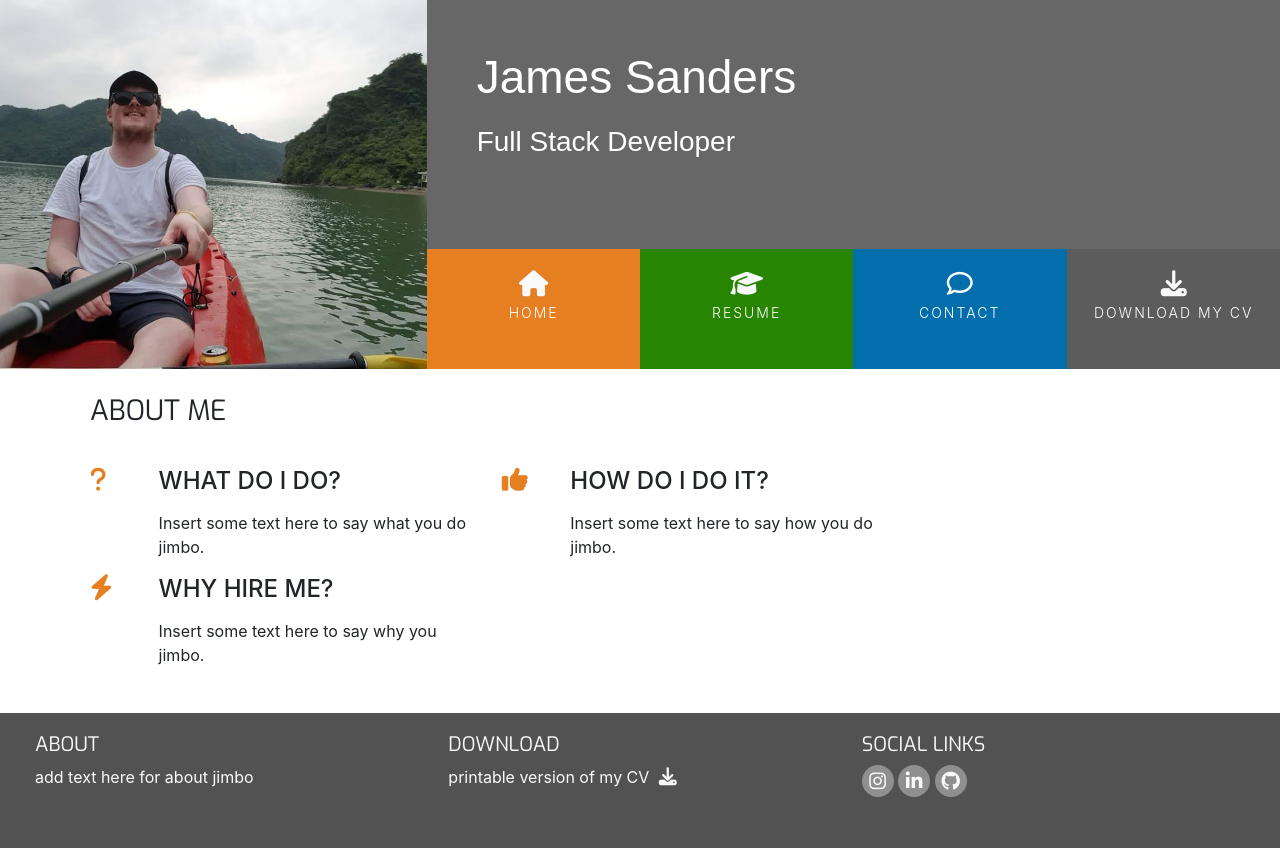
Repository: JaySanders95/my-online-resume
Page: index.html
An editor plug-in stored every save of this project. The page is shown before and after the next save, followed by the edit.
The browser window is 1280 px wide. The pictures show the whole page.
Some web fonts or font styles are not loaded; a fallback is used. Some web libraries are served in a nearby version.

Above is the page before, as saved 2023-04-19 21:07:00.

### index.html
<!DOCTYPE html>
<html lang="en">
<head>
    <meta charset="UTF-8">
    <meta http-equiv="X-UA-Compatible" content="IE=edge">
    <meta name="viewport" content="width=device-width, initial-scale=1.0">
    <link rel="stylesheet" href="https://cdn.jsdelivr.net/npm/@fortawesome/fontawesome-free@6.2.1/css/fontawesome.min.css" integrity="sha384-QYIZto+st3yW+o8+5OHfT6S482Zsvz2WfOzpFSXMF9zqeLcFV0/wlZpMtyFcZALm" crossorigin="anonymous">
    <link rel="stylesheet" href="https://cdn.jsdelivr.net/npm/bootstrap@4.6.2/dist/css/bootstrap.min.css" integrity="sha384-xOolHFLEh07PJGoPkLv1IbcEPTNtaed2xpHsD9ESMhqIYd0nLMwNLD69Npy4HI+N" crossorigin="anonymous">
    <link rel="stylesheet" href="assets/css/style.css">
    <link rel="stylesheet" href="https://cdnjs.cloudflare.com/ajax/libs/hover.css/2.3.1/css/hover-min.css" integrity="sha512-csw0Ma4oXCAgd/d4nTcpoEoz4nYvvnk21a8VA2h2dzhPAvjbUIK6V3si7/g/HehwdunqqW18RwCJKpD7rL67Xg==" crossorigin="anonymous" referrerpolicy="no-referrer" />
    <title>James Sanders' Resume</title>
</head>
<body>
    <header>
        <div class="row no-gutters">
            <a href="index.html" class="col-md-4 logo">

            </a>
            <div class="col-md-8">
                <div class="row bg-color-name-title no-gutters">
                    <div class="col heading">
                        <h1 class="name">James Sanders</h1>
                        <h2 class="title">Full Stack Developer</h2>

                    </div>
                </div>
                <div class="row no-gutters">
                    <div class="col">
                        <ul id="nav" class="list-inline menucontainer">
                            <li class="col-6 col-sm-3 ui-menu-color-home list-inline-item menuitem">
                                <a href="#" class="hvr-bounce-to-bottom"><i class="fa fa-home" aria-hidden="true"></i><span>Home</span></a>
                            </li>
                            <li class="col-6 col-sm-3 ui-menu-color-resume list-inline-item menuitem">
                                <a href="#" class="hvr-bounce-to-bottom"><i class="fa fa-graduation-cap" aria-hidden="true"></i><span>Resume</span></a>
                            </li>
                            <li class="col-6 col-sm-3 ui-menu-color-contact list-inline-item menuitem">
                                <a href="#" class="hvr-bounce-to-bottom"><i class="fa fa-comment-o" aria-hidden="true"></i><span>Contact</span></a>
                            </li>
                            <li class="col-6 col-sm-3 ui-menu-color-download list-inline-item menuitem">
                                <a href="#" class="hvr-bounce-to-bottom"><i class="fa fa-download" aria-hidden="true"></i><span>Download my CV</span></a>
                            </li>
                        </ul>
                    </div>
                </div>
            </div>
        </div>
    </header>
    <section class="container-fluid">
        <div class="row">
            <div class="col-md4 bg-color-personal-info section-column"></div>
            <div class="col-md-8 bg-color-three-reasons section-column">
                <div class="row">
                    <div class="col">
                        <h3 class="section-heading uppercase">About Me</h3>
                    </div>
                </div>
                <div class="row">
                    <div class="col-10 offset-1 offset-sm-0 col-sm-4 col-md-6">
                        <div class="row">
                            <div class="col-2">
                                <i class="three-reasons-icon fa fa-question" aria-hidden="true"></i>
                            </div>
                            <div class="col-10">
                                <h4 class="three-reasons-heading uppercase">What do i do?</h4>
                                <p>
                                    Insert some text here to say what you do jimbo.
                                </p>
                            </div>
                        </div>
                    </div>
                    <div class="col-10 offset-1 offset-sm-0 col-sm-4 col-md-6">
                        <div class="row">
                            <div class="col-2">
                                <i class="three-reasons-icon fa fa-thumbs-up" aria-hidden="true"></i>
                            </div>
                            <div class="col-10">
                                <h4 class="three-reasons-heading uppercase">How do I do it?</h4>
                                <p>
                                    Insert some text here to say how you do jimbo.
                                </p>
                            </div>
                        </div>
                    </div>
                    <div class="col-10 offset-1 offset-sm-0 col-sm-4 col-md-6">
                        <div class="row">
                            <div class="col-2">
                                <i class="three-reasons-icon fa fa-bolt" aria-hidden="true"></i>
                            </div>
                            <div class="col-10">
                                <h4 class="three-reasons-heading uppercase">Why hire me?</h4>
                                <p>
                                    Insert some text here to say why you jimbo.
                                </p>
                            </div>
                        </div>
                    </div>
                </div>
            </div>
        </div>

    </section>
    <footer class="container-fluid">
        <div id="footer-details" class="row">
            <div class="col-sm-4">
                <h5 class="uppercase general-sub">About</h5>
                <p class="inline-block"> add text here for about jimbo</p>
            </div>
            <div class="col-sm-4">
                <h5 class="uppercase general-sub">Download</h5>
                <p class="inline-block"> printable version of my CV</p>
                <a href="#" target="_blank" class="cv-pdf">
                    <i class="fa fa-download" aria-hidden="true"></i>
                    <span class="sr-only">Download link.</span>
                </a>
            </div>
            <div class="col-sm-4">
                <h5 class="uppercase general-sub">Social links</h5>
                <ul class="list-inline social-links">
                    <li class="list-inline-item">
                        <a target="_blank" href="#">
                            <i class="fa fa-instagram"></i>
                            <span class="sr-only">Instagram</span>
                        </a>
                    </li>
                    <li class="list-inline-item">
                        <a target="_blank" href="#">
                            <i class="fa fa-linkedin"></i>
                            <span class="sr-only">LinkedIn</span>
                        </a>
                    </li>
                    <li class="list-inline-item">
                        <a target="_blank" href="#">
                            <i class="fa-brands fa-github"></i>
                            <span class="sr-only">GitHub</span>

                        </a>
                    </li>
                </ul>
            </div>
        </div>

    </footer>
    <script src="https://kit.fontawesome.com/c80cd6a143.js" crossorigin="anonymous"></script>
</body>
</html>

### assets/css/style.css
@import url('https://fonts.googleapis.com/css2?family=Anuphan:100,200,300,400,500,600,700wght@300&family=Exo:100,200,300,400,500,600,700ital,wght@1,300&display=swap');


/* ------- Colours ---------*/

.bg-color-name-title {
    background-color:#676767;
}

.bg-color-three-reasons {
    background-color: #fff;

}

.ui-menu-color-home {
    background-color: #e67e22;
}

.ui-menu-color-resume {
    background-color: #278502;
}

.ui-menu-color-contact {
    background-color: #036eac;
}

.ui-menu-color-download {
    background-color: #5c5c5c;
}

/* ------- Special paddings/margins/text ---------*/

h1,h2,h3,h4 {
    margin: 0;
}

.uppercase {
    text-transform: uppercase;
}

.general-sub {
    font-family: 'Exo', sans-serif;
    font-weight: 300;
    color: #fafafa;
}

.inline-block {
    display: inline-block;
}

.row-table {
    display: table;

}
.section-column {
    display: table-cell;
    padding: 0 30px 30px;
    float: none;
}

.section-heading {
    font-family: 'Exo', sans-serif;
    font-weight: 300;
    margin-top: 25px;
    margin-bottom: 40px;
}

/* ------- Headers ---------*/
header {
    margin: 0;
}

.heading {
    margin-left: 50px;
}

.logo {
    background: url(../images/me.png);
    background-position: center;
    background-repeat: no-repeat;
    background-size: cover;
    min-height: 360px;
    transition: all .5s ease-in-out;
    -moz-transition: all .5s ease-in-out;
    -webkit-transition: all .5s ease-in-out;
}

.name {
    font-family: 'Anuphan', sans-serif;
    font-weight: 100;
    font-size: 46px;
    margin-top: 50px;
    color: #fff;
}

.title {
    font-family: 'Anuphan', sans-serif;
    font-weight: 200;
    font-size: 28px;
    margin-top: 20px;
    margin-bottom: 90px;
    color: #fff;
}

.list-inline-item:not(:last-child) {
    margin: 0;
}

.menucontainer {
    font-size: 0;
}

#nav li {
    font-size: 14px;
    padding: 0;
}

#nav {
    margin: 0;
}

.menuitem {
    height: 120px;
    text-align: center;
    padding: 0;

}

.menuitem a {
    width: 100%;
    text-decoration: none;
    color: #fff;
    height: 120px;
}

.menuitem a i {
    display: block;
    padding-top: 22px;
    color: #fafafa;
    font-size: 26px;
}

.menuitem span {
    display: block;
    width: 100%;
    padding-top: 5px;
    text-align: center;
    text-transform: uppercase;
    font-size: 14px;
    font-weight: 300;
    letter-spacing: 2px;
}

/* ------- Hover.css ---------*/

.hvr-bounce-to-bottom:before {
    background: rgba(0, 0, 0, 0.3) !important;
    height: 120px;

}

/* ------- Footer ---------*/

footer {
    background-color: #525252;
    color: #fafafa;
    min-height: 120px;
}

.cv-pdf i {
    font-size: 18px;
    color: #fafafa;
    text-align: center;
    padding-left: 5px;
    transition: all 0.35s ease-in-out;
    -moz-transition: all 0.35s ease-in-out;
    -webkit-transition: all 0.35s ease-in-out;
    -o-transition: all 0.35s ease-in-out;
}

.cv-pdf i:hover {
    color: #e84610;
}

.social-links {
    padding-bottom: 15px;
}

.social-links li a i {
    width: 32px;
    height: 32px;
    padding: 7px 0;
    border-radius: 50%;
    font-size: 19px;
    text-align: center;
    color: #fafafa;
    background: #8f8f8f;
    transition: all 0.35s ease-in-out;
    -moz-transition: all 0.35s ease-in-out;
    -webkit-transition: all 0.35s ease-in-out;
    -o-transition: all 0.35s ease-in-out;
}

.social-links li a i:hover {
    background-color: #e84610;
}

#footer-details {
    padding: 20px;
}

/* ------- 3 Reasons ---------*/

.three-reasons-icon {
    font-size: 26px;
    color: #e67e22;
}

.three-reasons-heading {
    margin-bottom: 15px;
}

After the next save:
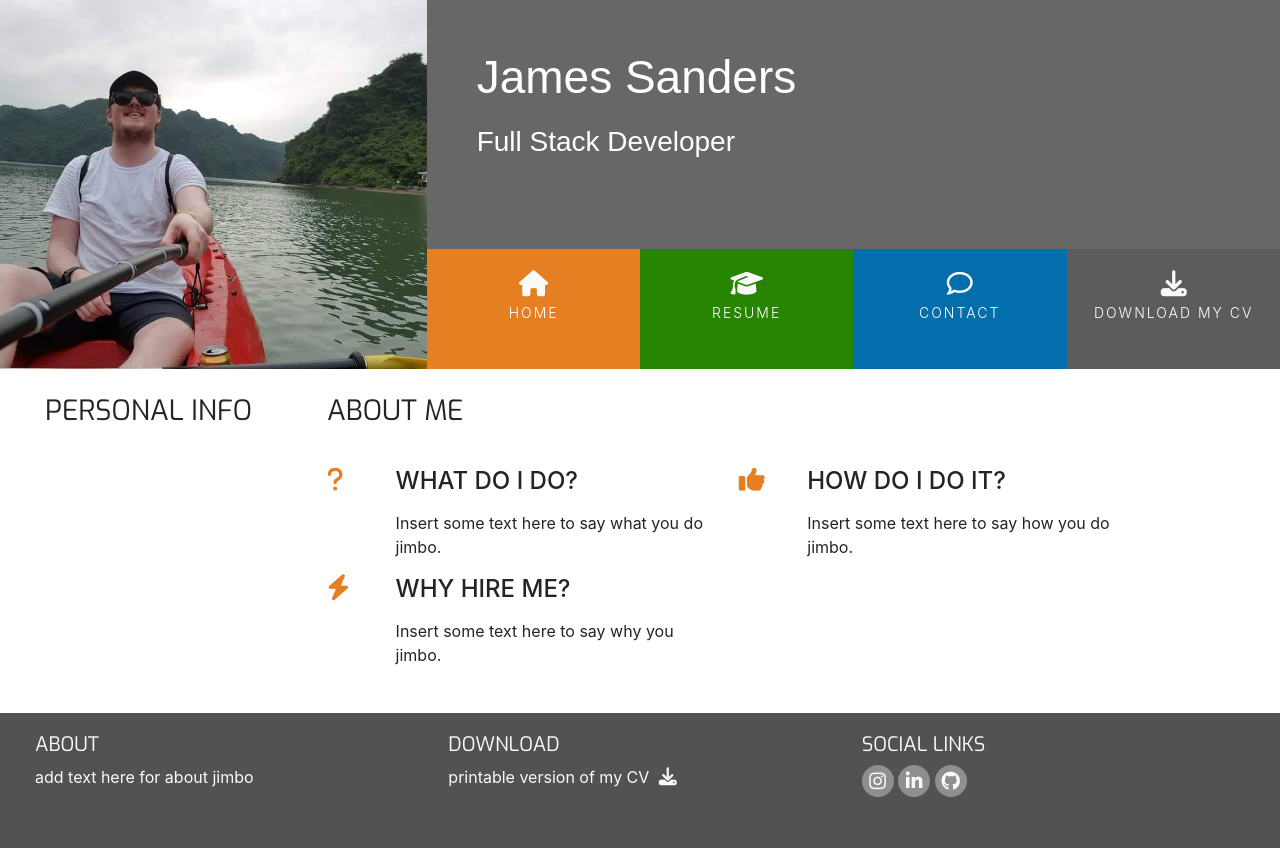
Saved 83 s later.
--- a/index.html
+++ b/index.html
@@ -47,7 +47,13 @@
     </header>
     <section class="container-fluid">
         <div class="row">
-            <div class="col-md4 bg-color-personal-info section-column"></div>
+            <div class="col-md4 bg-color-personal-info section-column">
+                <div class="col-12">
+                    <h3 class="section-heading uppercase">
+                        Personal Info
+                    </h3>
+                </div>
+            </div>
             <div class="col-md-8 bg-color-three-reasons section-column">
                 <div class="row">
                     <div class="col">
